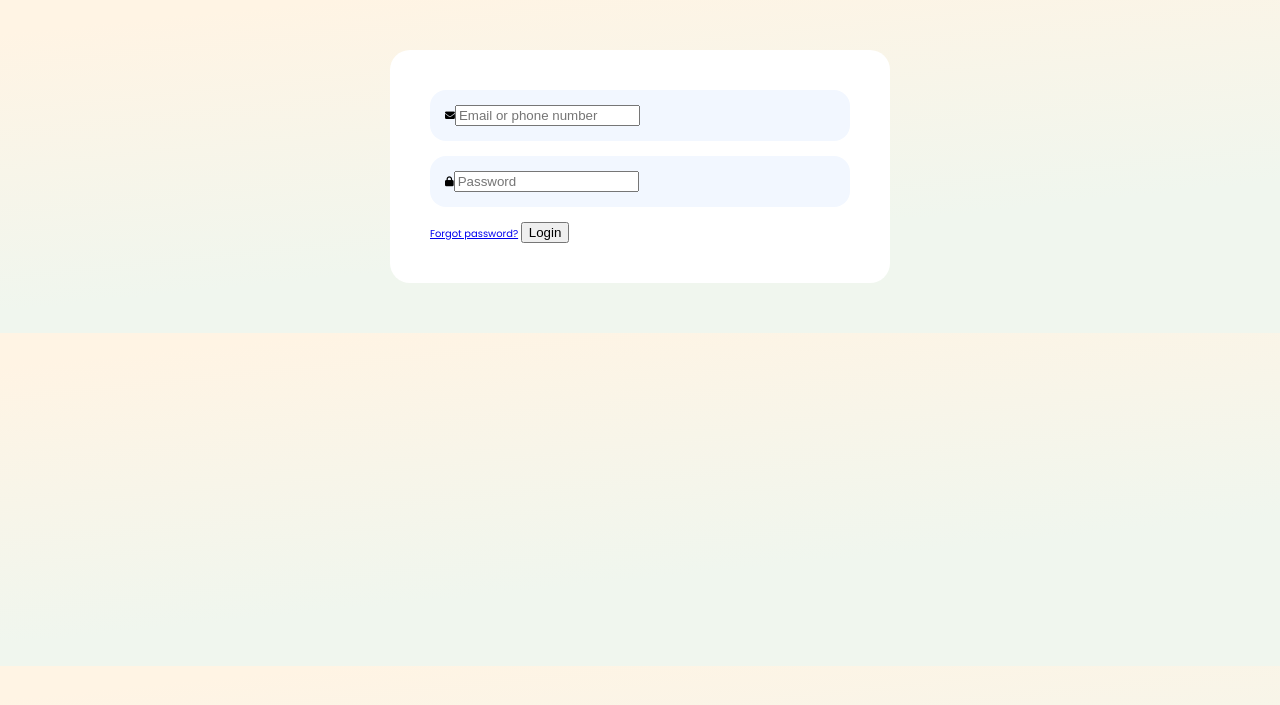
Repository: VuTuanAnh0949/loginForm
Page: index.html
These files come from the project's save history. The page is drawn as it stood at one moment and after the next save; the edit follows.
The browser window is 1280 px wide. The pictures show the whole page.

Above is the page before, as saved 2022-04-15 20:42:31.

### index.html
<!DOCTYPE html>
<html lang="en">
<head>
  <meta charset="UTF-8">
  <meta http-equiv="X-UA-Compatible" content="IE=edge">
  <meta name="viewport" content="width=device-width, initial-scale=1.0">
  <link
  href="https://fonts.googleapis.com/css2?family=Poppins:wght@300;400;600&display=swap"
  rel="stylesheet"
/>
<link rel="stylesheet" href="style.css">
<link rel="stylesheet" href="/fontawesome-free-6.1.1-web/css/all.css">
  <title>Login</title>
</head>
<body>
  <div class="login">
    <div class="login-field">
      <i class="fa-solid fa-envelope login-icon"></i>
      <input type="email" class="login-input" placeholder="Email or phone number">
    </div>
    <div class="login-field">
      <i class="fa-solid fa-lock login-icon"></i>
      <input type="password" class="login-input" placeholder="Password">
    </div>
    <a href="#" class="login__forgot--password">Forgot password?</a>
    <button class="login-submit">Login</button>
  </div>
</body>
</html>

### style.css
html{
  font-size: 62%;
  font-family: "Poppins", sans-serif;
}
*{
box-sizing: border-box;
}
body{
  background-image: linear-gradient( 174.2deg,  rgba(255,244,228,1) 7.1%, rgba(240,246,238,1) 67.4% );
}
.login{
width: 500px;
margin: 50px auto;
padding: 40px;
background-color: white;
border-radius: 20px;
}
.login-field{
  display: flex;
  align-items: center;
  background-color: #f2f7ff;
  padding: 15px;
  margin-bottom: 15px;
  border-radius: 16px;
}

Loaded but not shown: fontawesome-free-6.1.1-web/css/all.css (library)

After the next save:
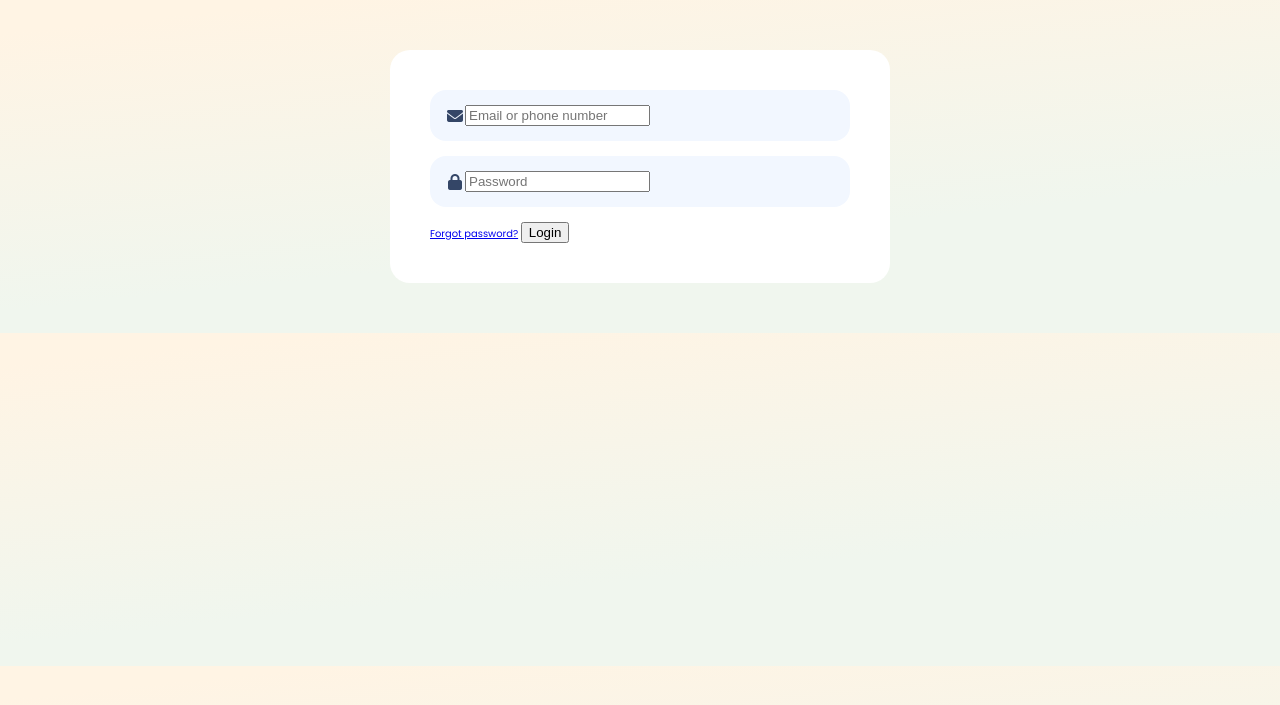
Saved 102 s later.
--- a/style.css
+++ b/style.css
@@ -23,3 +23,9 @@ border-radius: 20px;
   margin-bottom: 15px;
   border-radius: 16px;
 }
+.login-icon{
+  color: #344667;
+  font-size: 16px;
+  width: 20px;
+  text-align: center;
+}
